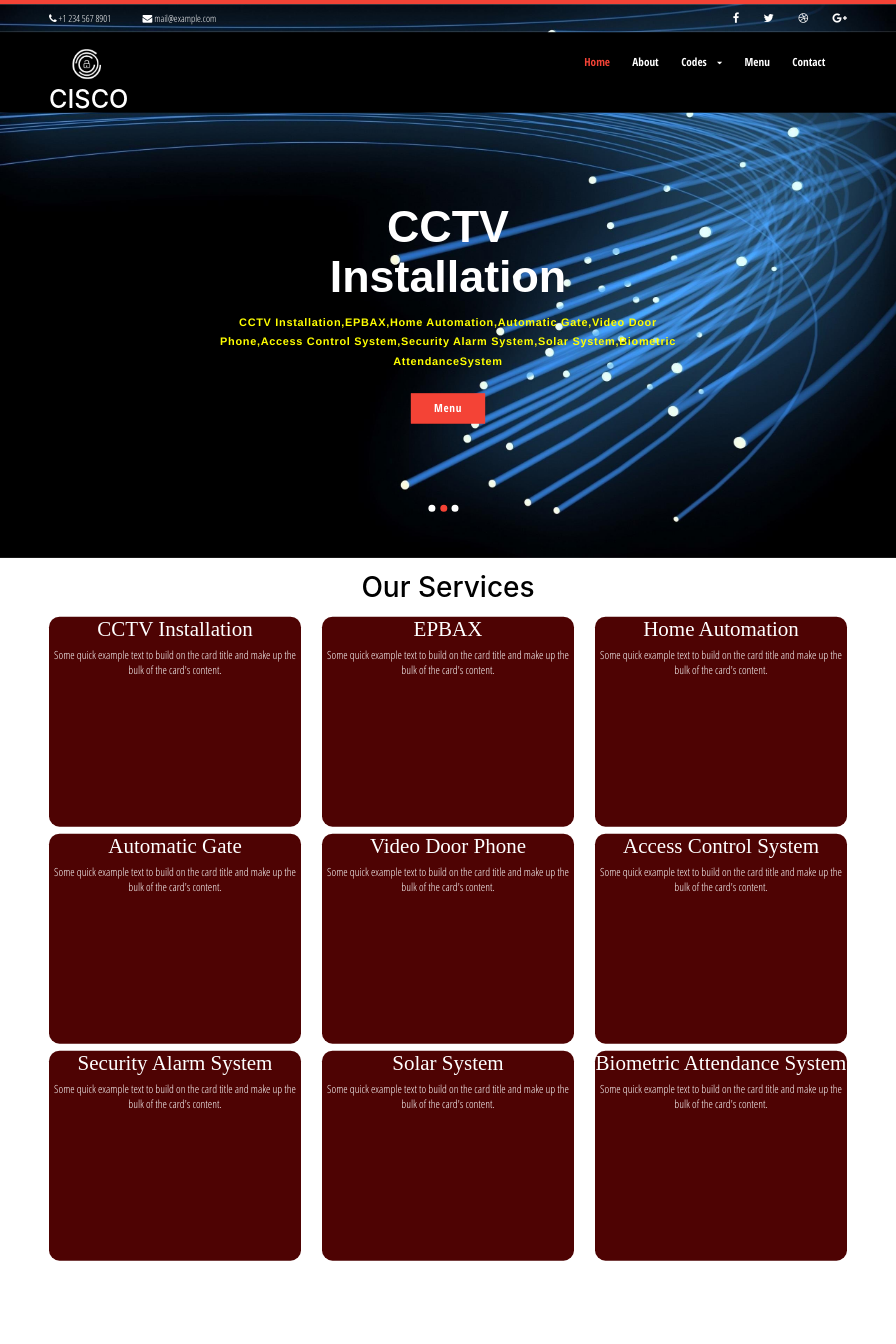
Repository: Nuhman123/Cisco
Page: index.html
An editor plug-in stored every save of this project. The page is shown before and after a run of saves, followed by the edit.
The browser window is 1280 px wide. The pictures show the part of the page from y = 0 to 1920 px (the page is 3238 px tall), at 70% of full size.

Above is the page before, as saved 2021-04-08 19:23:36.

### index.html
<!--A Design by W3layouts
Author: W3layout
Author URL: http://w3layouts.com
License: Creative Commons Attribution 3.0 Unported
License URL: http://creativecommons.org/licenses/by/3.0/
-->
<!DOCTYPE html>
<html lang="en">
<head>
<title>Royal Recipes a Hotels and restaurants Category Flat Bootstrap responsive Website Template | Home :: w3layouts</title>
<meta name="viewport" content="width=device-width, initial-scale=1">
<meta http-equiv="Content-Type" content="text/html; charset=utf-8" />
<meta name="keywords" content="Royal Recipes Responsive web template, Bootstrap Web Templates, Flat Web Templates, Android Compatible web template,
Smartphone Compatible web template, free webdesigns for Nokia, Samsung, LG, SonyEricsson, Motorola web design" />
<script type="application/x-javascript"> addEventListener("load", function() { setTimeout(hideURLbar, 0); }, false); function hideURLbar(){ window.scrollTo(0,1); } </script>
<!-- bootstrap-css -->
<link href="css/bootstrap.css" rel="stylesheet" type="text/css" media="all" />
<!--// bootstrap-css -->
<!-- css -->
<link rel="stylesheet" href="css/style.css" type="text/css" media="all" />
<!--// css -->
<link rel="stylesheet" href="css/owl.carousel.css" type="text/css" media="all">
<link href="css/owl.theme.css" rel="stylesheet">
<!-- font-awesome icons -->
<link href="css/font-awesome.css" rel="stylesheet">
<!-- //font-awesome icons -->
<!-- font -->
<link href='//fonts.googleapis.com/css?family=Pacifico' rel='stylesheet' type='text/css'>
<link href='//fonts.googleapis.com/css?family=Open+Sans+Condensed:300,300italic,700' rel='stylesheet' type='text/css'>
<!-- //font -->
<script src="js/jquery-1.11.1.min.js"></script>
<script src="js/bootstrap.js"></script>
<!-- light-box -->
<link rel="stylesheet" href="css/lightbox.css">
<!-- //light-box -->
<script src="js/SmoothScroll.min.js"></script>
<!--search jQuery-->
<script src="js/main.js"></script>
<!--//search jQuery-->
<script type="text/javascript">
	jQuery(document).ready(function($) {
		$(".scroll").click(function(event){
			event.preventDefault();
			$('html,body').animate({scrollTop:$(this.hash).offset().top},1000);
		});
	});
</script>

<script>
$(document).ready(function() {
	$("#owl-demo").owlCarousel({

		autoPlay: 3000, //Set AutoPlay to 3 seconds
		autoPlay:true,
		items : 4,
		itemsDesktop : [640,5],
		itemsDesktopSmall : [414,4]

	});

});
</script>
</head>
<body>
	<div class="w3layouts-banner-top">

	</div>
	<!-- banner -->
	<div class="banner">
		<div class="top-banner">
			<div class="container">
				<div class="top-banner-left">
					<ul>
						<li><i class="fa fa-phone" aria-hidden="true"></i> +1 234 567 8901</li>
						<li><a href="mailto:example@email.com"><i class="fa fa-envelope" aria-hidden="true"></i> mail@example.com</a></li>
					</ul>
				</div>
				<div class="top-banner-right">
					<ul>
						<li><a class="facebook" href="#"><i class="fa fa-facebook" aria-hidden="true"></i></a></li>
						<li><a class="facebook" href="#"><i class="fa fa-twitter" aria-hidden="true"></i></a></li>
						<li><a class="facebook" href="#"><i class="fa fa-dribbble" aria-hidden="true"></i></a></li>
						<li><a class="facebook" href="#"><i class="fa fa-google-plus" aria-hidden="true"></i></a></li>
					</ul>
				</div>
				<div class="clearfix"> </div>
			</div>
		</div>
		<div class="header" style="background: black;">
			<div class="container">
				<div class="logo">
					<header>
						<div class="col-xs-4">
							<img src="images/csc0log.png">
						</div>
					<h1>
						<a href="index.html">CISCO</a>
					</h1>
				</div>
				<div class="top-nav">
					<nav class="navbar navbar-default">
							<button type="button" class="navbar-toggle collapsed" data-toggle="collapse" data-target="#bs-example-navbar-collapse-1">Menu
							</button>
						<!-- Collect the nav links, forms, and other content for toggling -->
						<div class="collapse navbar-collapse" id="bs-example-navbar-collapse-1">
							<ul class="nav navbar-nav">
								<li><a class="active" href="index.html">Home</a></li>
								<li><a href="about.html">About</a></li>
								<li><a href="#" class="dropdown-toggle hvr-bounce-to-bottom" data-toggle="dropdown" role="button" aria-haspopup="true" aria-expanded="false">Codes<span class="caret"></span></a>
									<ul class="dropdown-menu">
										<li><a class="hvr-bounce-to-bottom" href="icons.html">Icons</a></li>
										<li><a class="hvr-bounce-to-bottom" href="typography.html">Typography</a></li>
									</ul>
								</li>
								<li><a href="menu.html">Menu</a></li>
								<li><a href="contact.html">Contact</a></li>
							</ul>
							<div class="clearfix"> </div>
						</div>
					</nav>
				</div>
			</header>
				<div class="clearfix"> </div>
			</div>
		</div>
		<div class="banner-slider">
			<div class="container">
				<div class="slider">
					<div class="callbacks_container">
						<ul class="rslides callbacks callbacks1" id="slider4">
							<li>
								<div class="agileits-banner-info">
									<h3>CISCO</h3>
									<h5>Security Solutions & Automation</h5>
									<p>CCTV Installation,EPBAX,Home Automation,Automatic Gate,Video Door Phone,Access Control System,Security Alarm System,Solar System,Biometric AttendanceSystem</p>
									<a href="menu.html">Menu</a>
								</div>
							</li>
							<li>
								<div class="agileits-banner-info">
									<h3>CCTV<br> Installation</h3>
									<p>CCTV Installation,EPBAX,Home Automation,Automatic Gate,Video Door Phone,Access Control System,Security Alarm System,Solar System,Biometric AttendanceSystem</p>
									<a href="menu.html">Menu</a>
								</div>
							</li>
							<li>
								<div class="agileits-banner-info">
									<h3>CISCO</h3>
									<p>CCTV Installation,EPBAX,Home Automation,Automatic Gate,Video Door Phone,Access Control System,Security Alarm System,Solar System,Biometric AttendanceSystem</p>
									<a href="menu.html">Menu</a>
								</div>
							</li>
						</ul>
					</div>
					<script src="js/responsiveslides.min.js"></script>
					<script>
						// You can also use "$(window).load(function() {"
						$(function () {
						  // Slideshow 4
						  $("#slider4").responsiveSlides({
							auto: true,
							pager:true,
							nav:false,
							speed: 500,
							namespace: "callbacks",
							before: function () {
							  $('.events').append("<li>before event fired.</li>");
							},
							after: function () {
							  $('.events').append("<li>after event fired.</li>");
							}
						  });

						});
					 </script>
					<!--banner Slider starts Here-->
				</div>
			</div>
		</div>
	</div>
	<!-- banner -->
	<!-- services -->
	<section class="bg-light p-4 mt-5" id="Services-section">
		<div class="container">
		  <h1 class="services text-center">Our Services</h1>
		  <div class="row">
			<div class="col-lg-4 col-md-6 pt-3">
			  <div class="card text-center">

				<div class="card-body">
				  <h5 class="card-title">CCTV Installation</h5>
				  <p class="card-text">Some quick example text to build on the card title and make up the bulk of the card's content.</p>
				</div>
			  </div>
			</div>
			<div class="col-lg-4 col-md-6  pt-3">
			  <div class="card text-center ">

				<div class="card-body">
				  <h5 class="card-title">EPBAX</h5>
				  <p class="card-text">Some quick example text to build on the card title and make up the bulk of the card's content.</p>
				</div>
			  </div>
			</div>
			<div class="col-lg-4 col-md-6  pt-3">
			  <div class="card text-center ">

				<div class="card-body">
				  <h5 class="card-title">Home Automation</h5>
				  <p class="card-text">Some quick example text to build on the card title and make up the bulk of the card's content.</p>
				</div>
			  </div>
			</div>
			<div class="col-lg-4 col-md-6  pt-3">
			  <div class="card text-center">
				<div class="card-body">
				  <h5 class="card-title">Automatic Gate</h5>
				  <p class="card-text">Some quick example text to build on the card title and make up the bulk of the card's content.</p>
				</div>
			  </div>
			</div>
			<div class="col-lg-4 col-md-6  pt-3">
			  <div class="card text-center">
				<div class="card-body">
				  <h5 class="card-title">Video Door Phone</h5>
				  <p class="card-text">Some quick example text to build on the card title and make up the bulk of the card's content.</p>
				</div>
			  </div>
			</div>
			<div class="col-lg-4 col-md-6  pt-3">
			  <div class="card text-center ">
				<div class="card-body">
				  <h5 class="card-title">Access Control System</h5>
				  <p class="card-text">Some quick example text to build on the card title and make up the bulk of the card's content.</p>
				</div>
			  </div>
			</div>
			<div class="col-lg-4 col-md-6  pt-3">
				<div class="card text-center ">
				  <div class="card-body">
					<h5 class="card-title">Security Alarm System</h5>
					<p class="card-text">Some quick example text to build on the card title and make up the bulk of the card's content.</p>
				  </div>
				</div>
			  </div>
			  <div class="col-lg-4 col-md-6  pt-3">
				<div class="card text-center ">
				  <div class="card-body">
					<h5 class="card-title">Solar System</h5>
					<p class="card-text">Some quick example text to build on the card title and make up the bulk of the card's content.</p>
				  </div>
				</div>
			  </div>
			  <div class="col-lg-4 col-md-6  pt-3">
				<div class="card text-center ">
				  <div class="card-body">
					<h5 class="card-title">Biometric Attendance System</h5>
					<p class="card-text">Some quick example text to build on the card title and make up the bulk of the card's content.</p>
				  </div>
				</div>
			  </div>
		  </div>
		</div>
	  </section>
	<!-- //services -->
	<!-- offer -->
	<div class="jarallax offer">
		<div class="container">
			<div class="w3l-offer-heading">
				<h3>Today Offers</h3>
			</div>
			<div class="w3ls-offer-slider">
				<div class="slider">
					<div class="callbacks_container">
						<ul class="rslides callbacks callbacks1" id="slider3">
							<li>
								<div class="agileinfo-offer-grid">
									<h4>45<span>%</span></h4>
									<h5>Pork Vindaloo</h5>
									<p>Quisque scelerisque rutrum nunc, eget hendrerit diam porta efficitur. Duis bibendum consequat est, sed efficitur arcu. Morbi viverra, leo sit amet vestibulum dignissim, tortor est dignissim dolor, eu accumsan est urna id felis. </p>
								</div>
							</li>
							<li>
								<div class="agileinfo-offer-grid">
									<h4>50%</h4>
									<h5>Phaal Curry</h5>
									<p>Vestibulum euismod porttitor interdum. Vivamus porta consectetur nulla porttitor hendrerit. Pellentesque ultrices augue ut nibh feugiat, nec egestas orci cursus. Sed vehicula quis erat sed lobortis. Curabitur eleifend sit amet.</p>
								</div>
							</li>
							<li>
								<div class="agileinfo-offer-grid">
									<h4>64%</h4>
									<h5>Laal Maas</h5>
									<p>Aenean volutpat auctor ultrices. Aliquam ac turpis ultrices, porta enim at, interdum velit. Ut ligula justo, sodales eu nisi a, molestie dictum leo. Sed blandit porta ante, at consequat nulla fermentum a. Donec aliquet tristique.</p>
								</div>
							</li>
						</ul>
					</div>
					<script>
						// You can also use "$(window).load(function() {"
						$(function () {
						  // Slideshow 4
						  $("#slider3").responsiveSlides({
							auto: true,
							pager:false,
							nav:false,
							speed: 500,
							namespace: "callbacks",
							before: function () {
							  $('.events').append("<li>before event fired.</li>");
							},
							after: function () {
							  $('.events').append("<li>after event fired.</li>");
							}
						  });

						});
					 </script>
					<!--banner Slider starts Here-->
				</div>
			</div>
			<script src="js/jarallax.js"></script>
		</div>
	</div>
	<!-- //offer -->
	<!-- special -->
	<div class="special">
		<div class="container">
			<div class="wthree-special-heading">
				<h3>IMAGES</h3>
			</div>
			<div class="special-grids">
				<div id="owl-demo" class="owl-carousel owl-theme">
						<div class="item">
							<div class="w3-agileits-special-grid-info">
								<img src="images/bio.jfif" alt="" />
							</div>
						</div>
						<div class="item">
							<div class="w3-agileits-special-grid-info">
								<img src="images/epbax.jpeg" alt="" />

							</div>
						</div>
						<div class="item">
							<div class="w3-agileits-special-grid-info">
								<img src="images/h automations.jfif" alt="" />

							</div>
						</div>
						<div class="item">
							<div class="w3-agileits-special-grid-info">
								<img src="images/home automa 5.jfif" alt="" />
							</div>
						</div>
						<div class="item">
							<div class="w3-agileits-special-grid-info">
								<img src="images/ghy.jfif" alt="" />

							</div>
						</div>
						<div class="item">
							<div class="w3-agileits-special-grid-info">
								<img src="images/289c9c264087cddc084383969cd6e19f.jpg" alt="" />

							</div>
						</div>
						<div class="item">
							<div class="w3-agileits-special-grid-info">
								<img src="images/h automations.jfif3.jfif" alt="" />

							</div>
						</div>
						<div class="item">
							<div class="w3-agileits-special-grid-info">
								<img src="images/cctv3.jpg" alt="" />

							</div>
						</div>
				</div>
			</div>
		</div>
	</div>
	<!-- //special -->
	<!-- footer -->
	<div class="w3-agile-footer">
		<div class="container">
			<div class="footer-grids">
				<div class="col-md-3 footer-grid">
					<div class="footer-grid-heading">
						<h4>Address</h4>
					</div>
					<div class="footer-grid-info">
						<p>Eiusmod Tempor inc
							<span>St Dolore Place,Kingsport 56777.</span>
						</p>
						<p class="phone">Phone : +1 123 456 789
							<span>Email : <a href="mailto:example@email.com">mail@example.com</a></span>
						</p>
					</div>
				</div>
				<div class="col-md-3 footer-grid">
					<div class="footer-grid-heading">
						<h4>Navigation</h4>
					</div>
					<div class="footer-grid-info">
						<ul>
							<li><a href="index.html">Home</a></li>
							<li><a href="about.html">About</a></li>
							<li><a href="menu.html">Menu</a></li>
							<li><a href="contact.html">Contact</a></li>
						</ul>
					</div>
				</div>
				<div class="col-md-3 footer-grid">
					<div class="footer-grid-heading">
						<h4>Follow</h4>
					</div>
					<div class="social">
						<ul>
							<li><a href="#"><i class="fa fa-facebook"></i></a></li>
							<li><a href="#"><i class="fa fa-twitter"></i></a></li>
							<li><a href="#"><i class="fa fa-rss"></i></a></li>
							<li><a href="#"><i class="fa fa-vk"></i></a></li>
						</ul>
					</div>
				</div>
				<div class="col-md-3 footer-grid">
					<div class="footer-grid-heading">
						<h4>Newsletter</h4>
					</div>
					<div class="footer-grid-info">
						<form action="#" method="post">
							<input type="email" id="mc4wp_email" name="EMAIL" placeholder="Enter your email here" required="">
							<input type="submit" value="Subscribe">
						</form>
					</div>
				</div>
				<div class="clearfix"> </div>
			</div>
			<div class="agileits-w3layouts-copyright">
				<p>© 2017 Royal Recipes . All Rights Reserved | Design by <a href="http://w3layouts.com/"> W3layouts</a> </p>
			</div>
		</div>
	</div>
	<!-- //footer -->
	<script src="js/owl.carousel.js"></script>
	<script type="text/javascript" src="js/move-top.js"></script>
	<script type="text/javascript" src="js/easing.js"></script>
	<!-- here stars scrolling icon -->
	<script type="text/javascript">
		$(document).ready(function() {
			/*
				var defaults = {
				containerID: 'toTop', // fading element id
				containerHoverID: 'toTopHover', // fading element hover id
				scrollSpeed: 1200,
				easingType: 'linear'
				};
			*/

			$().UItoTop({ easingType: 'easeOutQuart' });

			});
	</script>
<!-- //here ends scrolling icon -->
<script type="text/javascript">
			/* init Jarallax */
			$('.jarallax').jarallax({
				speed: 0.5,
				imgWidth: 1366,
				imgHeight: 768
			})
		</script>
</body>
</html>

Loaded but not shown: css/bootstrap.css (library); css/owl.carousel.css (common file); css/owl.theme.css (common file); css/font-awesome.css (library); js/jquery-1.11.1.min.js (library); js/bootstrap.js (library); css/lightbox.css (library); js/SmoothScroll.min.js (library); js/responsiveslides.min.js (library); js/owl.carousel.js (library); js/jarallax.js (433 lines, source omitted); js/easing.js (140 lines, source omitted); js/main.js (100 lines, source omitted); js/move-top.js (5 lines, source omitted); css/style.css (2003 lines, source omitted)

After the next 2 saves:
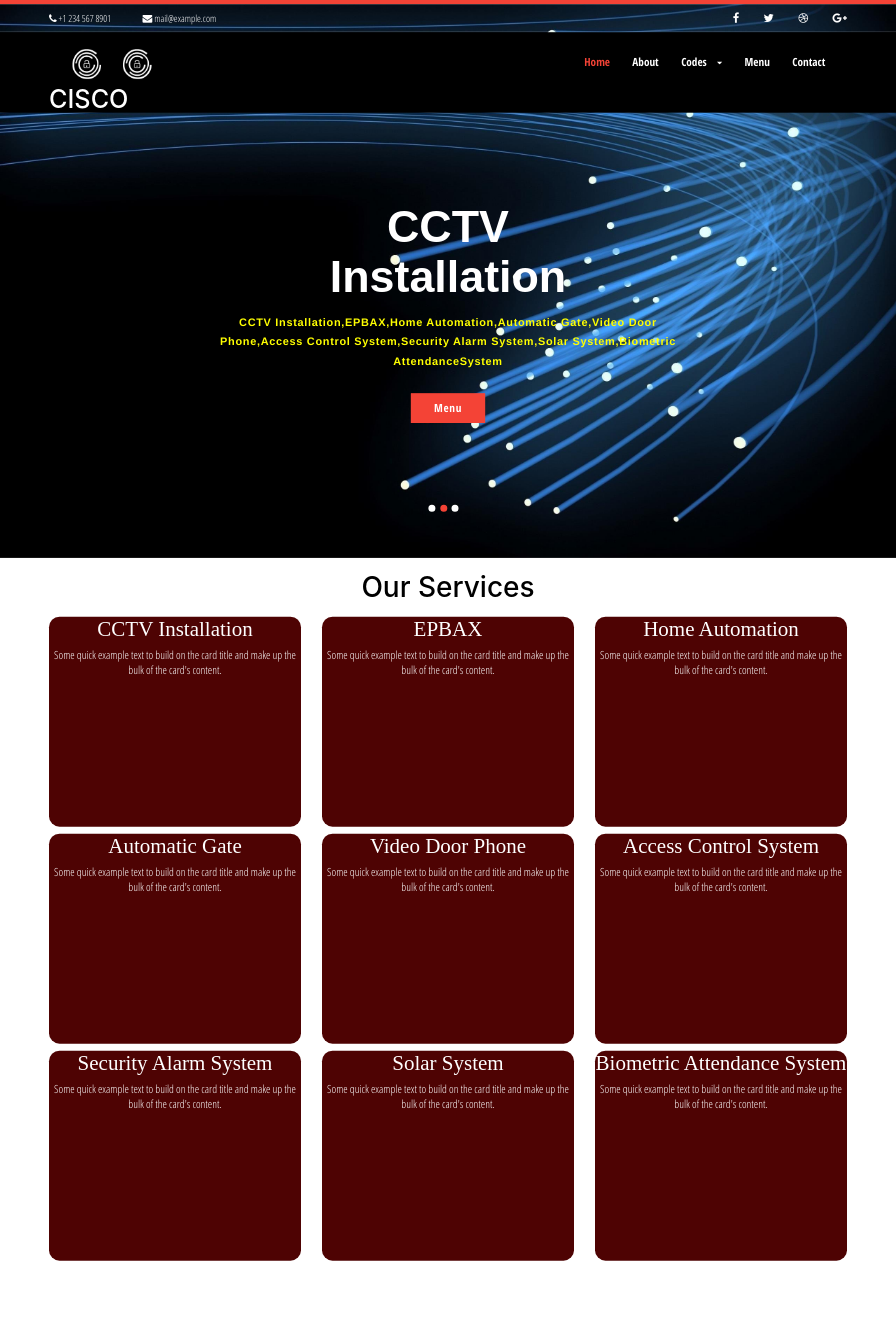
The 2 saves are shown as one change because they came seconds apart.
The last was saved 11 s later.
--- a/index.html
+++ b/index.html
@@ -93,6 +93,9 @@
 						<div class="col-xs-4">
 							<img src="images/csc0log.png">
 						</div>
+						<div class="col-xs-4">
+							<img src="images/csc0log.png">
+						</div>
 					<h1>
 						<a href="index.html">CISCO</a>
 					</h1>

After the save that followed:
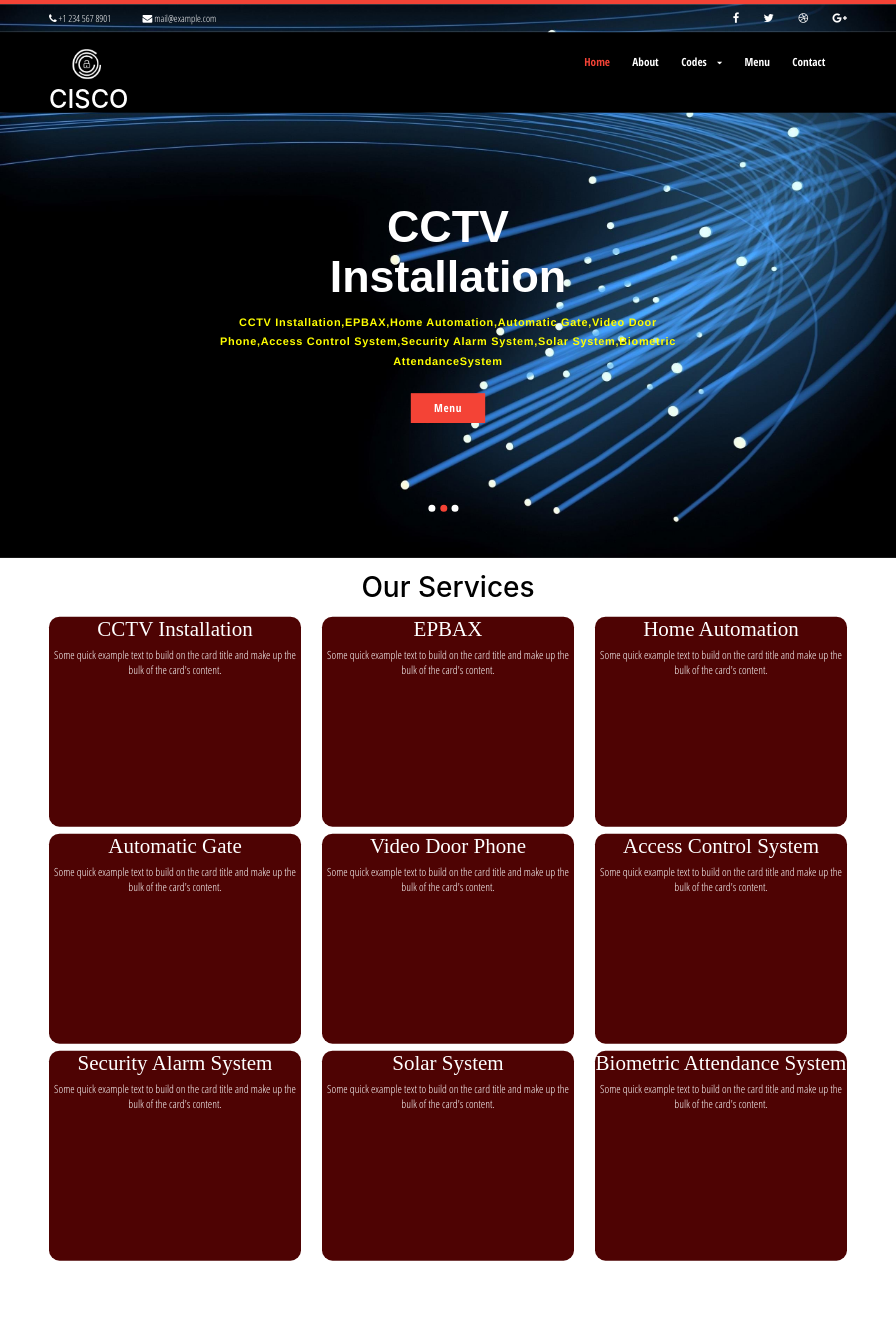
Saved 4 s later.
--- a/index.html
+++ b/index.html
@@ -94,7 +94,7 @@
 							<img src="images/csc0log.png">
 						</div>
 						<div class="col-xs-4">
-							<img src="images/csc0log.png">
+
 						</div>
 					<h1>
 						<a href="index.html">CISCO</a>
